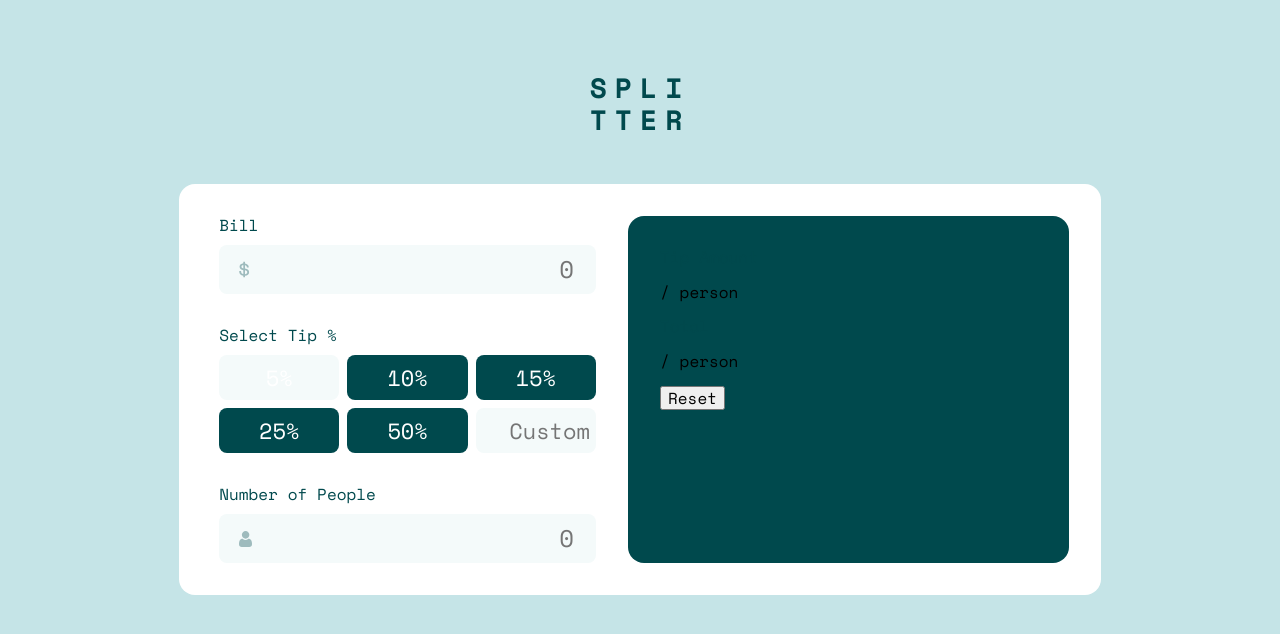
Repository: Jay-JYKim91/FM_tip-calculator
Page: index.html
The author's editor kept a copy of each file at every save. The page is drawn from the files as they stood at one save, then again after the next save.
The browser window is 1280 px wide. The pictures show the whole page.
The pointer rests on the first visible `.tip_option`.

Above is the page before, as saved 2021-12-21 22:14:11.

### index.html
<!DOCTYPE html>
<html lang="en">
<head>
  <meta charset="UTF-8">
  <meta name="viewport" content="width=device-width, initial-scale=1.0"> <!-- displays site properly based on user's device -->

  <link rel="icon" type="image/png" sizes="32x32" href="./images/favicon-32x32.png">

  <title>Tip calculator</title>
  <link rel="preconnect" href="https://fonts.googleapis.com">
  <link rel="preconnect" href="https://fonts.gstatic.com" crossorigin>
  <link href="https://fonts.googleapis.com/css2?family=Space+Mono:wght@400;700&display=swap" rel="stylesheet">
  <link rel="stylesheet" href="https://cdnjs.cloudflare.com/ajax/libs/normalize/8.0.1/normalize.min.css" integrity="sha512-NhSC1YmyruXifcj/KFRWoC561YpHpc5Jtzgvbuzx5VozKpWvQ+4nXhPdFgmx8xqexRcpAglTj9sIBWINXa8x5w==" crossorigin="anonymous" referrerpolicy="no-referrer" />
  <link rel="stylesheet" href="style.css">
  <script src="main.js" defer></script>

</head>
<body>
  <main class="container">
    <h1 class="main_title">Spli<br>tter</h1>
    <section class="calculator_wrapper">
      <article class="input_wrapper">
        <div>
          <p class="title">Bill</p>
          <div class="input_form">
            <img src="./images/icon-dollar.svg" alt="dollar">
            <input type="tel" placeholder="0">
          </div>
        </div>
        <div>
          <p class="title">Select Tip %</p>
          <div class="tip_options">
            <button class="tip_option">5%</button>
            <button class="tip_option">10%</button>
            <button class="tip_option">15%</button>
            <button class="tip_option">25%</button>
            <button class="tip_option">50%</button>
            <input type="tel" id="custom_tip" class="tip_option" placeholder="Custom" autocomplete="off">
          </div>
        </div>
        <div>
          <p class="title">Number of People</p>
          <div class="input_form">
            <img src="./images/icon-person.svg" alt="person">
            <input type="tel" placeholder="0">
          </div>
        </div>
      </article>
      <article class="result_wrapper">
        <div class="result_rows">
          <div class="result_row">
            <div class="result_title_wrapper">
              <p class="title">Tip Amount</p>
              <p class="subtitle">/ person</p>
            </div>
            <p id="tipAmountPrice"></p>
          </div>
          <div class="result_row">
            <div class="result_title_wrapper">
              <p class="title">Total</p>
              <p class="subtitle">/ person</p>
            </div>
            <p id="totalPrice"></p>
          </div>
        </div>
        <div>
          <button>Reset</button>
        </div>
      </article>
    </section>
  </main>
</body>
</html>

### style.css
:root {
  --body-font: "Space Mono", monospace;

  --strong-cyan: hsl(172, 67%, 45%);
  --very-dark-cyan: hsl(183, 100%, 15%);
  --dark-grayish-cyan: hsl(186, 14%, 43%);
  --dark-grayish-cyan: hsl(184, 14%, 56%);
  --light-grayish-cyan1: hsl(185, 41%, 84%);
  --light-grayish-cyan2: hsl(189, 41%, 97%);
  --white: hsl(0, 0%, 100%);
}
body {
  background-color: var(--light-grayish-cyan1);
  font-family: var(--body-font);
}
.container {
  margin: 10vh 14vw;
}
.main_title {
  margin: 3rem;
  text-align: center;
  text-transform: uppercase;
  letter-spacing: 8px;
  color: var(--very-dark-cyan);
  font-size: 1.75rem;
}
.calculator_wrapper {
  background-color: var(--white);
  display: flex;
  justify-content: space-between;
  padding: 2rem;
  border-radius: 1rem;
}
.input_wrapper {
  flex-basis: 50%;
  padding: 0 2em 0 0.5em;
}
.input_wrapper div {
  margin-bottom: 2rem;
}
.input_wrapper div:last-child {
  margin-bottom: 0;
}
.tip_options {
  display: grid;
  grid-template-columns: repeat(3, 1fr);
  grid-gap: 0.5em;
}
.tip_option {
  border: none;
  background-color: var(--very-dark-cyan);
  color: var(--white);
  font-family: var(--body-font);
  padding: 10px;
  font-size: 22px;
  border-radius: 0.5rem;
  cursor: pointer;
}
.tip_option:hover {
  background-color: var(--light-grayish-cyan2);
}
#custom_tip {
  width: 100%;
  /* border: none; */
  background-color: var(--light-grayish-cyan2);
  padding: 10px 6px;
  box-sizing: border-box;
  text-align: right;
  /* font-size: 22px;
  border-radius: 0.5rem; */
  color: var(--very-dark-cyan);
}
#custom_tip:focus {
  outline: none;
}
.title {
  margin: 0 0 10px 0;
  color: var(--very-dark-cyan);
}
.input_form {
  display: flex;
  align-items: center;
  justify-content: space-between;
  background-color: var(--light-grayish-cyan2);
  padding: 10px 20px;
  border-radius: 0.5rem;
}
.input_form input {
  width: 90%;
  font-size: 24px;
  border: none;
  background-color: var(--light-grayish-cyan2);
  text-align: right;
  color: var(--very-dark-cyan);
}
.input_form input:focus {
  outline: none;
}
.result_wrapper {
  background-color: var(--very-dark-cyan);
  flex-basis: 50%;
  border-radius: 1rem;
  padding: 2em;
}

/* Tablet size */
@media (min-width: 768px) and (max-width: 1023px) {
}

/* Mobile size */
@media (max-width: 767px) {
}

Loaded but not shown: main.js (empty)

After the next save:
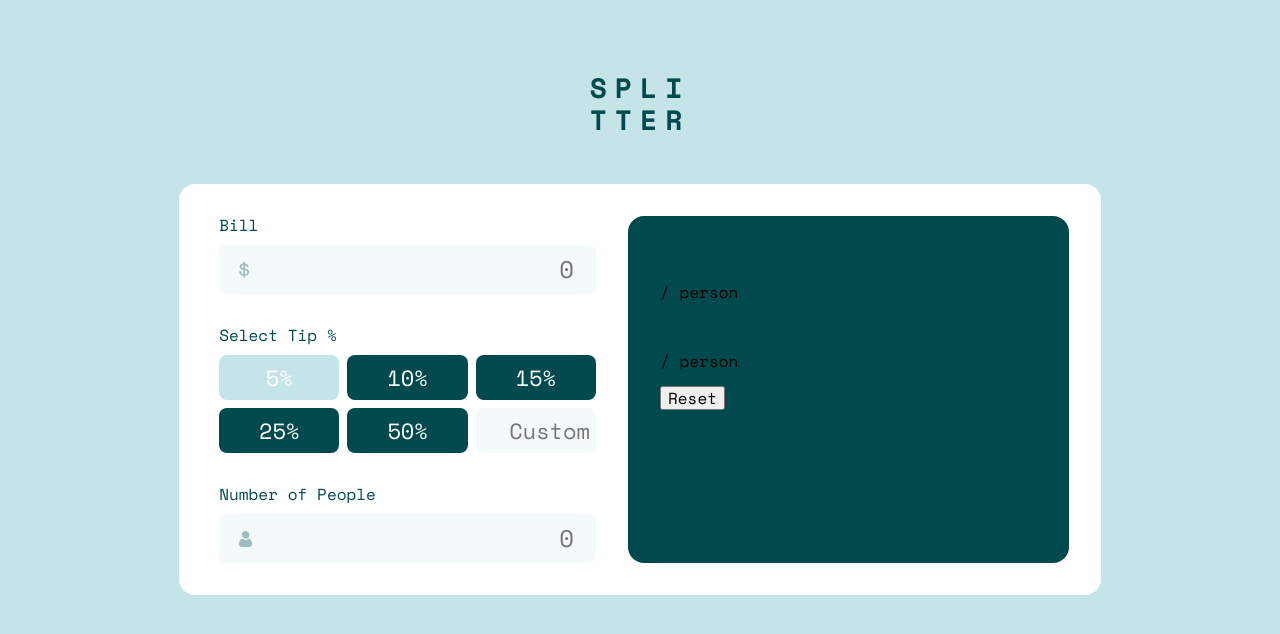
Saved 6 s later.
--- a/style.css
+++ b/style.css
@@ -57,7 +57,7 @@ body {
   cursor: pointer;
 }
 .tip_option:hover {
-  background-color: var(--light-grayish-cyan2);
+  background-color: var(--light-grayish-cyan1);
 }
 #custom_tip {
   width: 100%;
